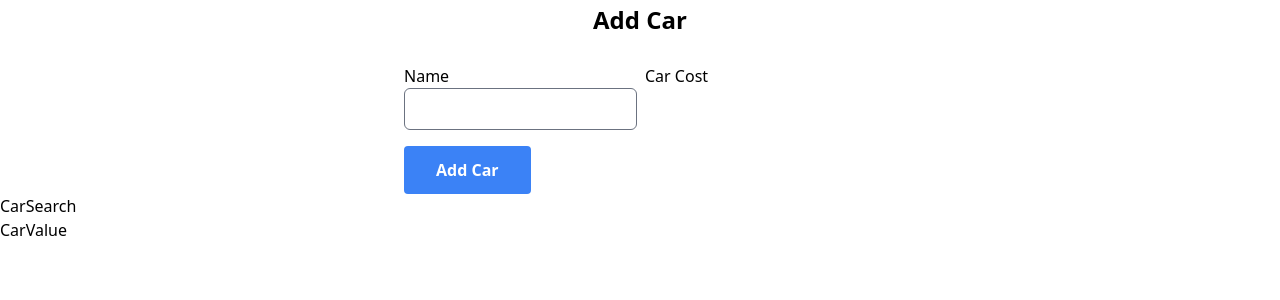
Repository: Marhamat92/carsappreduxtoolkit
Page: /
The author's editor kept a copy of each file at every save. The page is drawn from the files as they stood at one save, then again after the next save.
The browser window is 1280 px wide. The pictures show the whole page.
The project was rebuilt for these pictures with package versions that can differ from the ones it lists, and the page was loaded fresh each time.

Above is the page before, as saved 2023-01-23 23:01:02.

After the next save:
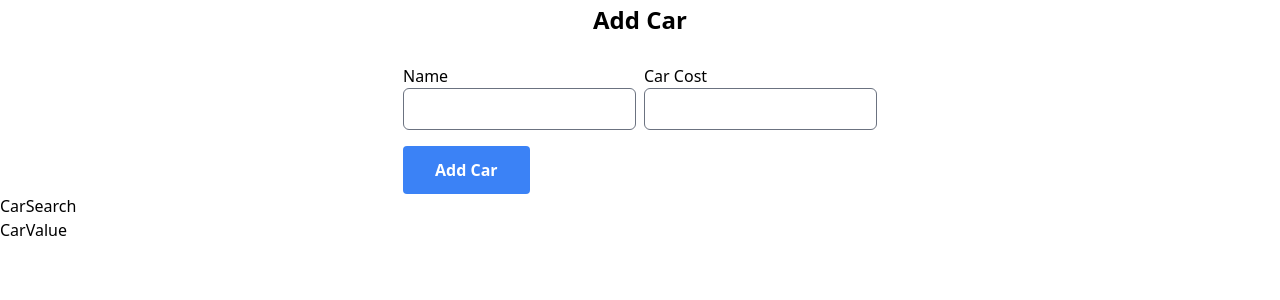
Saved 15 s later.
--- a/src/components/CarForm.js
+++ b/src/components/CarForm.js
@@ -46,7 +46,9 @@ function CarForm() {
             </div>
             <div className='flex flex-col'>
               <label htmlFor='price'>Car Cost</label>
-              <input value={cost || ''} onChange={handleCostChange} type='number' name='price' id='price' />
+              <input className=' border border-gray-500 rounded-md py-2
+
+              ' value={cost || ''} onChange={handleCostChange} type='number' name='price' id='price' />
             </div>
           </div>
           <button className='bg-blue-500 hover:bg-blue-700 text-white font-bold py-3  px-8 rounded mt-4' type='submit'>Add Car</button>
